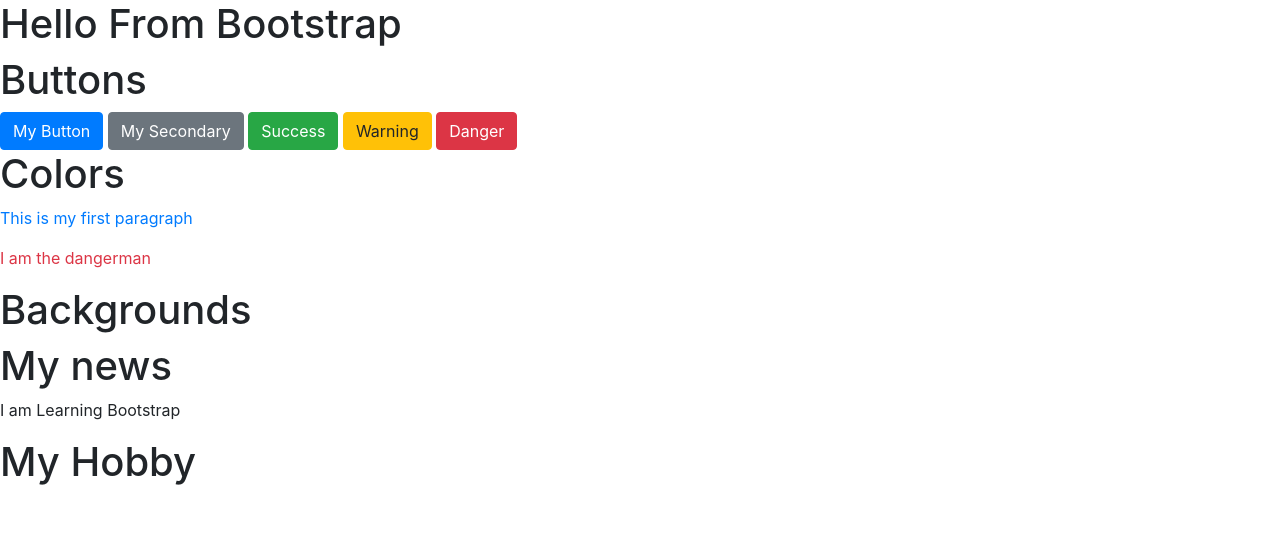
Repository: mohsinfarabi/bootstrap-practice
Page: index.html
An editor plug-in stored every save of this project. The page is shown before and after the next save, followed by the edit.
The browser window is 1280 px wide. The pictures show the whole page.

Above is the page before, as saved 2020-07-06 02:52:24.

### index.html
<!DOCTYPE html>
<html lang="en">

<head>
    <meta charset="UTF-8">
    <meta name="viewport" content="width=device-width, initial-scale=1.0">
    <title>Document</title>
    <link rel="stylesheet" href="css\bootstrap\css\bootstrap.min.css">
</head>

<body>
    <h1>Hello From Bootstrap</h1>
    <h1>Buttons</h1>
    <button class="btn btn-primary">My Button</button>
    <button class="btn btn-secondary">My Secondary</button>
    <button class="btn btn-success">Success</button>
    <button class="btn btn-warning">Warning</button>
    <button class="btn btn-danger">Danger</button>

    <h1>Colors</h1>
    <p class="text-primary">This is my first paragraph</p>
    <p class="text-danger">I am the dangerman</p>

    <h1>Backgrounds</h1>
    <div>
        <h1>My news</h1>
        <p>I am Learning Bootstrap</p>
    </div>
    <div>
        <h1>My Hobby</h1>
    </div>
</body>

</html>

Loaded but not shown: css/bootstrap/css/bootstrap.min.css (library)

After the next save:
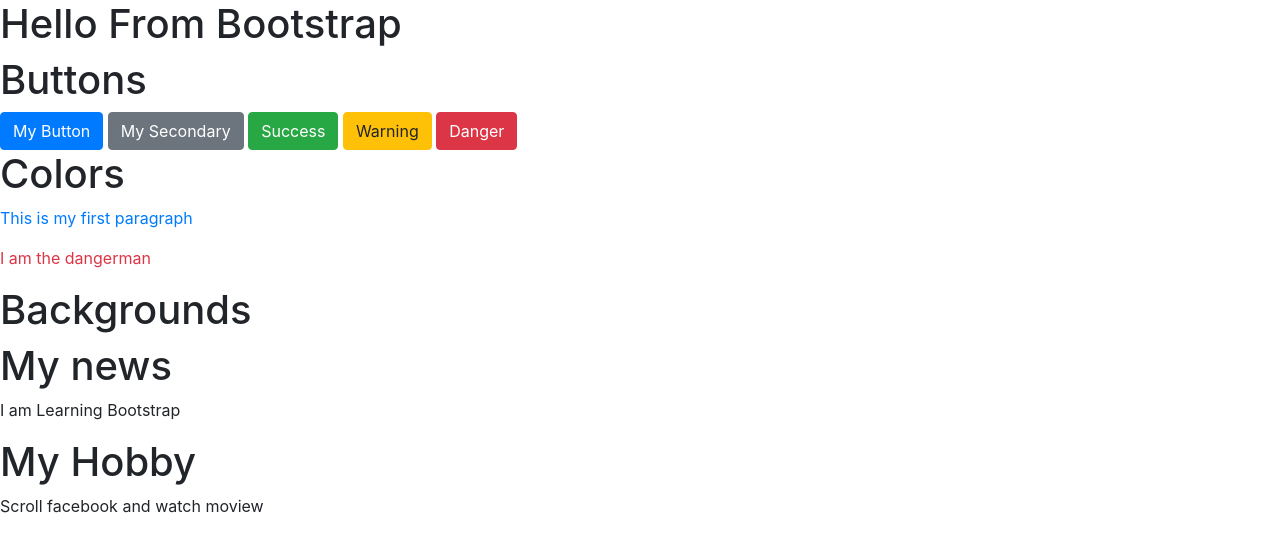
Saved 12 s later.
--- a/index.html
+++ b/index.html
@@ -28,6 +28,7 @@
     </div>
     <div>
         <h1>My Hobby</h1>
+        <p>Scroll facebook and watch moview</p>
     </div>
 </body>
 
